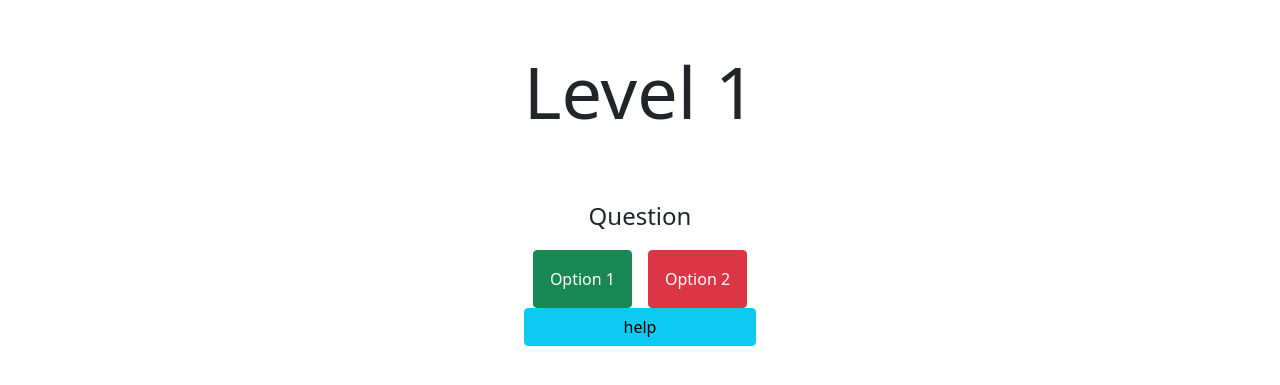
Repository: sreeramkongeseri/QuestionGame
Page: public/level1.html
These files come from the project's save history. The page is drawn as it stood at one moment and after the next save; the edit follows.
The browser window is 1280 px wide. The pictures show the whole page.
The page's requests for data from a server got no answer.

Above is the page before, as saved 2021-07-20 18:03:02.

### public/level1.html
<!DOCTYPE html>
<html lang="en">

<head>
  <meta charset="UTF-8" />
  <meta name="viewport" content="width=device-width, initial-scale=1.0" />
  <title>Level 1</title>

  <!-- Bootstrap -->
  <link href="https://cdn.jsdelivr.net/npm/bootstrap@5.0.2/dist/css/bootstrap.min.css" rel="stylesheet" integrity="sha384-EVSTQN3/azprG1Anm3QDgpJLIm9Nao0Yz1ztcQTwFspd3yD65VohhpuuCOmLASjC" crossorigin="anonymous">

  <!-- jQuery library -->
  <script src="https://ajax.googleapis.com/ajax/libs/jquery/3.5.1/jquery.min.js"></script>

  <!-- Bootstrap Javascript -->
  <script src="https://cdn.jsdelivr.net/npm/bootstrap@5.0.2/dist/js/bootstrap.bundle.min.js" integrity="sha384-MrcW6ZMFYlzcLA8Nl+NtUVF0sA7MsXsP1UyJoMp4YLEuNSfAP+JcXn/tWtIaxVXM" crossorigin="anonymous"></script>

  <!-- <link rel="stylesheet" href="main.css" /> -->

  <!-- Icons -->
  <link rel="stylesheet" href="https://use.fontawesome.com/releases/v5.7.0/css/all.css"
    integrity="sha384-lZN37f5QGtY3VHgisS14W3ExzMWZxybE1SJSEsQp9S+oqd12jhcu+A56Ebc1zFSJ" crossorigin="anonymous" />

  <!-- Script -->
  <script src="js/main.js"></script>

</head>


<body>


    <div class='d-flex justify-content-center p-5'>

        <div class='d-flex flex-column justify-content-center text-center'>


            <p class = 'display-2 mb-5'>Level 1</p>
            <p id = 'question' class='m-3 fs-4'>Question</p>

            <div class='d-flex justify-content-center'>
                <button class='btn btn-success rounded p-3 me-3 option'>Option 1</button>
                <button class='btn btn-danger rounded p-3 option'>Option 2</button>
            </div>


            <a id='next' href='level2.html' role='button' class='btn btn-primary align-self-center d-none' width=50px>continue</a>

            <!-- Button trigger modal -->
        <button type="button" class="btn btn-info" data-toggle="modal" data-target="#exampleModal">
            help
        </button>

            <div class="modal fade" id="exampleModal"  role="dialog" aria-hidden="true">
                <div class="modal-dialog" role="document">
                  <div class="modal-content">
                    <div class="modal-header">
                      <h5 class="modal-title" id="exampleModalLabel">Help</h5>
                      <button type="button" class="close" data-dismiss="modal" aria-label="Close">
                        <span aria-hidden="true">&times;</span>
                      </button>
                    </div>
                    <div class="modal-body">
                      Here's the help text.
                    </div>
                  </div>
                </div>

        </div>


    </div>

</body>

<script>
    fetch("http://localhost:3000/api/level1").then(response => response.json()).then(list =>
       update(list)
    );
</script>

### public/js/main.js
function update(list) {

    $('#question').text(list[0]);
    i = 0;
    $('.option').on('click', () => {
        if (i < list.length - 1) {
            i += 1;
            $('#question').text(list[i]);
        } else {
            $('#question').text("done!");
            $('#next').removeClass('d-none');
            $('.option').addClass('d-none');
        }
    });


}

After the next save:
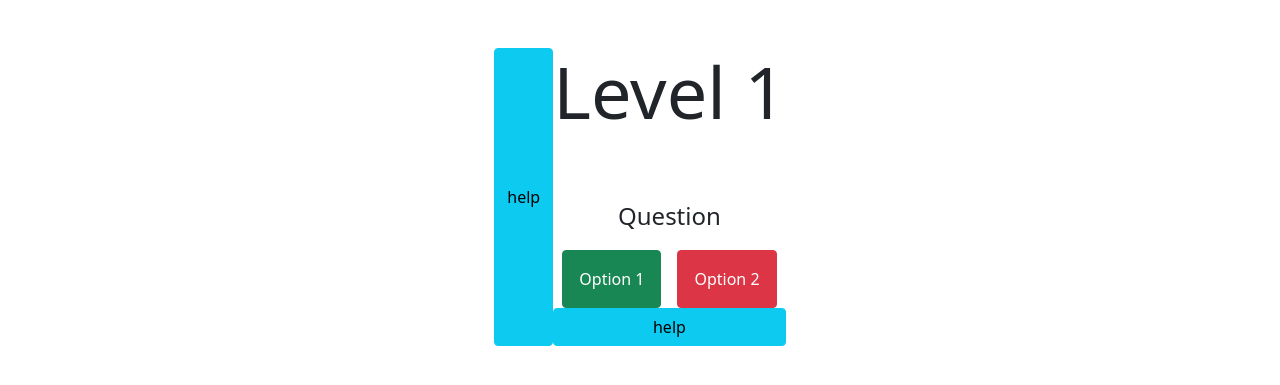
Saved 43 s later.
--- a/public/level1.html
+++ b/public/level1.html
@@ -31,6 +31,28 @@
 
 
     <div class='d-flex justify-content-center p-5'>
+
+        <!-- Button trigger modal -->
+        <button type="button" class="btn btn-info" data-toggle="modal" data-target="#exampleModal">
+            help
+    </button>
+
+<!-- Modal -->
+<div class="modal fade" id="exampleModal"  role="dialog" aria-hidden="true">
+<div class="modal-dialog" role="document">
+  <div class="modal-content">
+    <div class="modal-header">
+      <h5 class="modal-title" id="exampleModalLabel">Help</h5>
+      <button type="button" class="close" data-dismiss="modal" aria-label="Close">
+        <span aria-hidden="true">&times;</span>
+      </button>
+    </div>
+    <div class="modal-body">
+      Here's the help text.
+    </div>
+  </div>
+</div>
+</div>
 
         <div class='d-flex flex-column justify-content-center text-center'>
 
